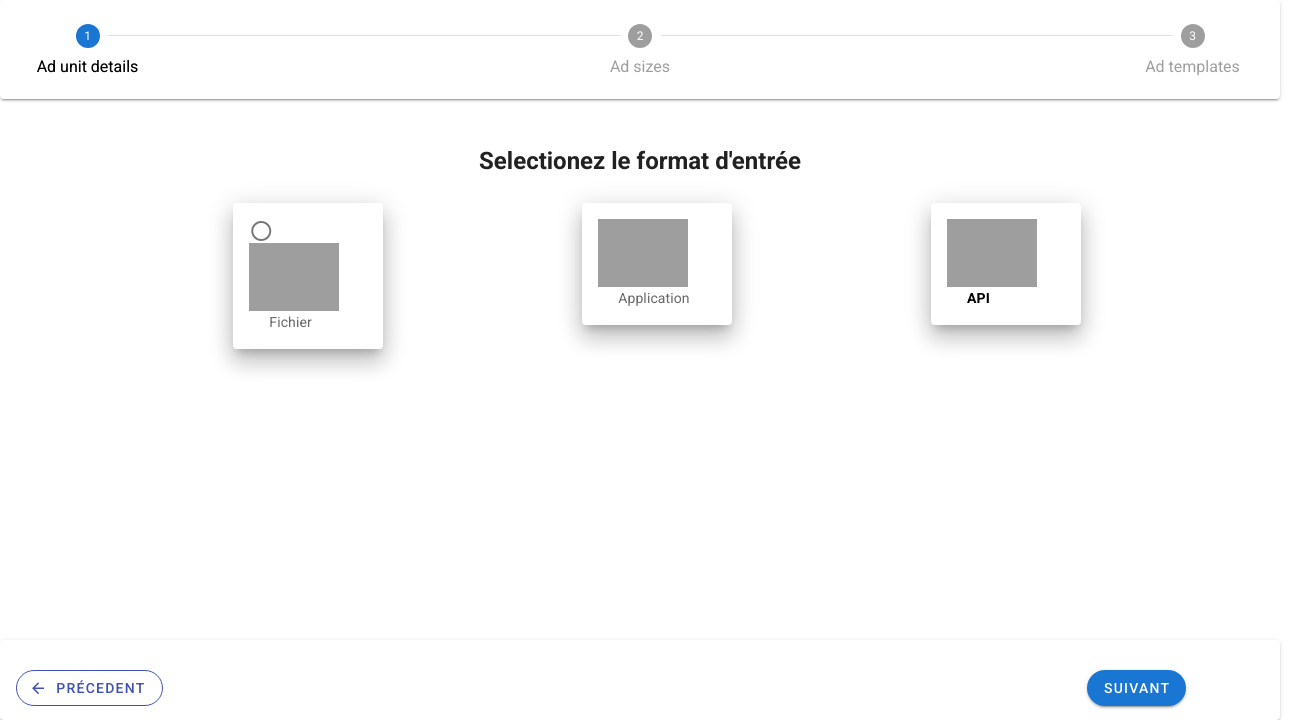
Repository: SidneyHodieb/myc
Page: /addsource/format
These files come from the project's save history. The page is drawn as it stood at one moment and after the next save; the edit follows.
The browser window is 1280 px wide. The page is 1292 px wide, so the pictures cover 1292 px, including what lies to the right of the window. The pictures show the whole page.
Pictures or frames that could not be fetched are drawn as grey boxes. The project was rebuilt for these pictures with package versions that can differ from the ones it lists, and the page was loaded fresh each time. Also part of the build but not shown: vue.config.js, src/views/Home.vue, src/views/addSource/components/card.vue, src/views/addSource/components/trigger.vue.

Above is the page before, as saved 2021-04-04 13:53:18.

After the next save:
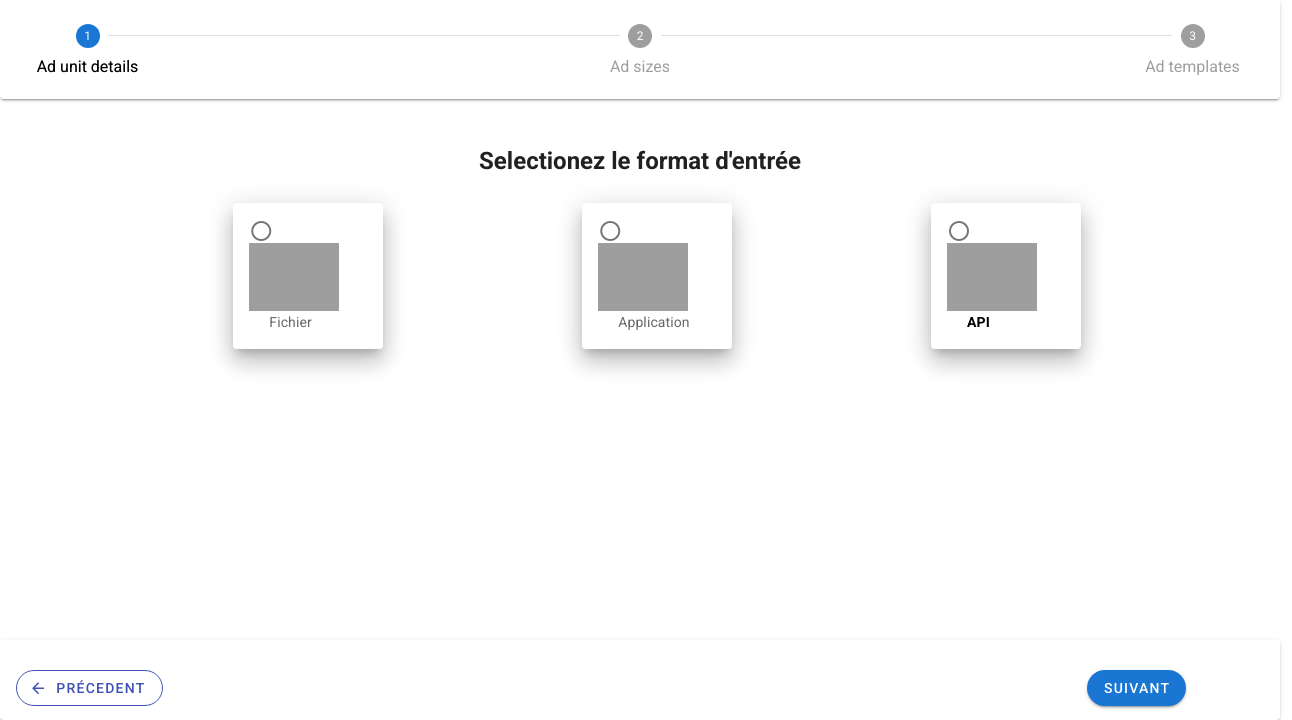
Saved 18 s later.
--- a/src/views/addSource/components/format.vue
+++ b/src/views/addSource/components/format.vue
@@ -24,6 +24,10 @@
       <v-col>
         <v-card elevation="14" width="150">
           <v-card-text>
+            <v-radio
+                color="red"
+                value="red"
+              ></v-radio>
           <v-img
            width="90"
             src="https://www.flaticon.com/svg/vstatic/svg/2306/2306016.svg?token=exp=1617475854~hmac=35e4e709fb9fa1338bb7b9cd5032613a"
@@ -35,6 +39,10 @@
       <v-col>
         <v-card elevation="14" width="150">
            <v-card-text>
+             <v-radio
+                color="red"
+                value="red"
+              ></v-radio>
           <v-img
            width="90"
             src="https://www.flaticon.com/svg/vstatic/svg/994/994152.svg?token=exp=1617476036~hmac=b132b4a2ee4139281536cfde68b7345e"
